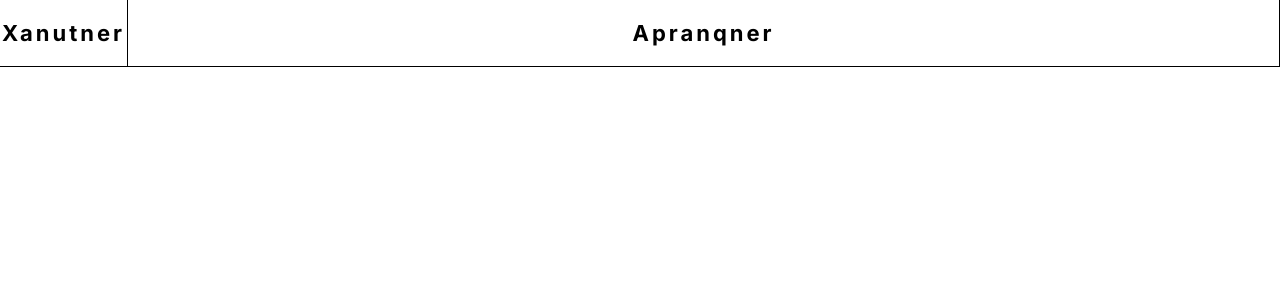
Repository: AbApin/amasia
Page: /
These files come from the project's save history. The page is drawn as it stood at one moment and after a run of saves; the edit follows.
The browser window is 1280 px wide. The pictures show the whole page.
The project was rebuilt for these pictures with package versions that can differ from the ones it lists, and the page was loaded fresh each time. Also part of the build but not shown: vue.config.js.

Above is the page before, as saved 2023-01-28 15:08:37.

After the next 2 saves:
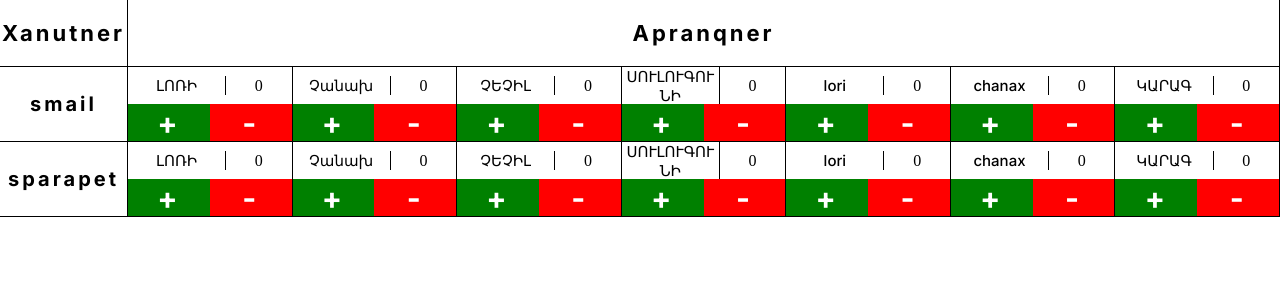
The 2 saves are shown as one change because 1 did not build or start.
The last was saved 14 s later.
--- a/src/App.vue
+++ b/src/App.vue
@@ -11,11 +11,11 @@
     </div>
     <div class="content">
       <ul class="contentList">
-        <li v-for="xanutiAnun in O" :key="xanutiAnun" class="contentItem">
+        <li v-for="xanutiAnun in Object.keys(xanutner)" :key="xanutiAnun" class="contentItem">
           <p class="xanutiAnun">{{ xanutiAnun }}</p>
           <ul class="apranqneriList">
             <li
-              v-for="(apranq, apranqiHamar) in xanutneriAnuner[xanutiAnun]"
+              v-for="(apranq, apranqiHamar) in xanutner[xanutiAnun]"
               :key="apranqiHamar"
               class="apranqneriListItem"
             >
